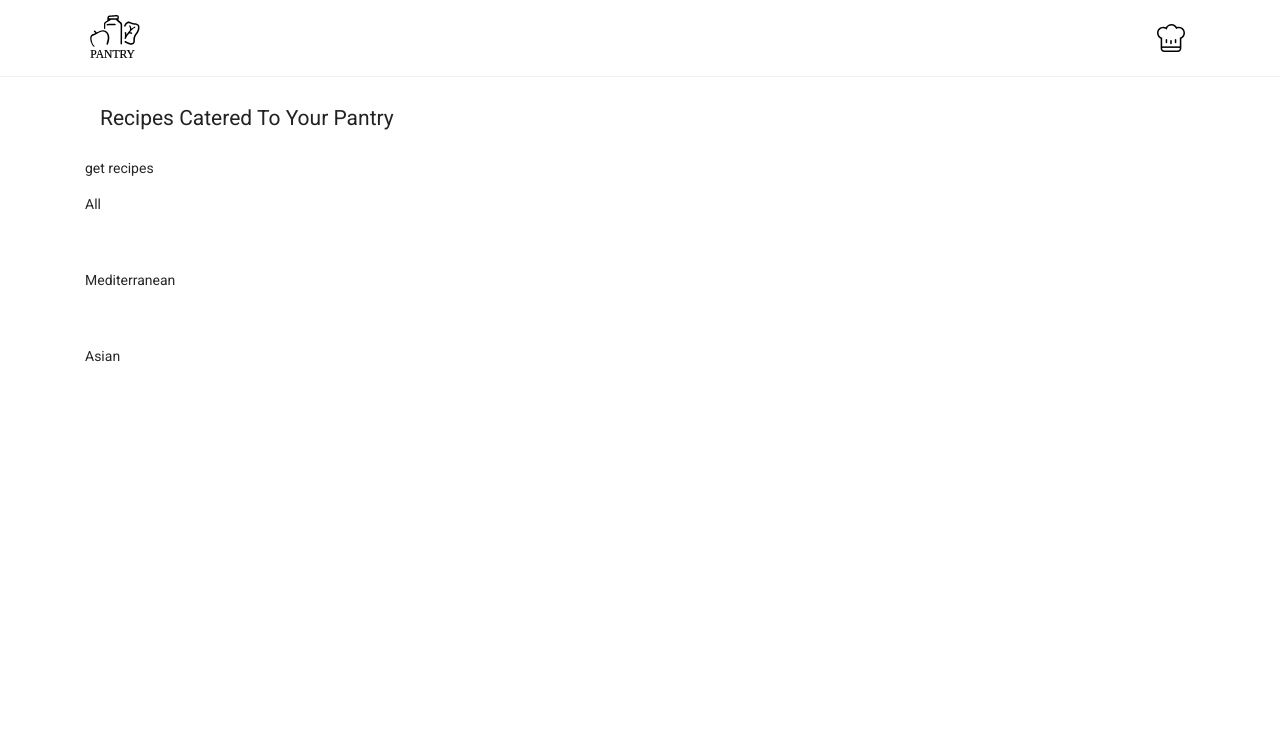
Repository: akinsikuoluwafemi/Pantry-App
Page: /pantryitems/myrecipes
An editor plug-in stored every save of this project. The page is shown before and after a run of saves, followed by the edit.
The browser window is 1280 px wide. The pictures show the whole page.
The project was rebuilt for these pictures with package versions that can differ from the ones it lists, and the page was loaded fresh each time. Also part of the build but not shown: src/styles/NewPantryStyles.js, src/styles/ant-styles.css, src/pages/NewPantryItem.js, src/styles/PantryDetailStyles.js, src/styles/PantryItemStyles.js, src/components/EditPantryDetail.js, src/pages/PantryItemDetail.js, src/styles/PantryListStyles.js and 7 more.

Above is the page before, as saved 2021-06-03 06:39:34.

### public/index.html
<!DOCTYPE html>
<html lang="en">
  <head>
    <meta charset="utf-8" />
    <link rel="icon" href="%PUBLIC_URL%/favicon.svg" />
    <meta name="viewport" content="width=device-width, initial-scale=1" />
    <meta name="theme-color" content="#000000" />
    <meta
      name="description"
      content="Web site created using create-react-app"
    />
    <link rel="apple-touch-icon" href="%PUBLIC_URL%/logo192.png" />
        <link rel="stylesheet" href="https://stackpath.bootstrapcdn.com/bootstrap/4.4.1/css/bootstrap.min.css" integrity="sha384-Vkoo8x4CGsO3+Hhxv8T/Q5PaXtkKtu6ug5TOeNV6gBiFeWPGFN9MuhOf23Q9Ifjh"
      crossorigin="anonymous">

    <!--
      manifest.json provides metadata used when your web app is installed on a
      user's mobile device or desktop. See https://developers.google.com/web/fundamentals/web-app-manifest/
    -->
    <link rel="manifest" href="%PUBLIC_URL%/manifest.json" />
    <!--
      Notice the use of %PUBLIC_URL% in the tags above.
      It will be replaced with the URL of the `public` folder during the build.
      Only files inside the `public` folder can be referenced from the HTML.

      Unlike "/favicon.ico" or "favicon.ico", "%PUBLIC_URL%/favicon.ico" will
      work correctly both with client-side routing and a non-root public URL.
      Learn how to configure a non-root public URL by running `npm run build`.
    -->


    <title>My Pantry</title>
  </head>
  <body>
    <noscript>You need to enable JavaScript to run this app.</noscript>
    <div id="root"></div>
    <!--
      This HTML file is a template.
      If you open it directly in the browser, you will see an empty page.

      You can add webfonts, meta tags, or analytics to this file.
      The build step will place the bundled scripts into the <body> tag.

      To begin the development, run `npm start` or `yarn start`.
      To create a production bundle, use `npm run build` or `yarn build`.
    -->
  </body>
</html>

### src/index.js
import React from 'react';
import ReactDOM from 'react-dom';
import './index.css';
import App from './App';
import reportWebVitals from './reportWebVitals';
import store from './redux/store';
import { persistor } from './redux/store';
import { Provider} from 'react-redux';
import { BrowserRouter as Router } from 'react-router-dom';
import { PersistGate } from 'redux-persist/integration/react';




ReactDOM.render(
	<React.StrictMode>
		<Provider store={store}>
			<Router>
				<PersistGate persistor={persistor}>
					<App />
				</PersistGate>
			</Router>
		</Provider>
	</React.StrictMode>,
	document.getElementById('root')
);

// If you want to start measuring performance in your app, pass a function
// to log results (for example: reportWebVitals(console.log))
// or send to an analytics endpoint. Learn more: https://bit.ly/CRA-vitals
reportWebVitals();

### src/index.css
@import url('https://fonts.googleapis.com/css2?family=Roboto:wght@300;400;900&display=swap');
@import '~antd/dist/antd.css';
@import "~slick-carousel/slick/slick.css";
@import "~slick-carousel/slick/slick-theme.css";



html {
    box-sizing: border-box;
    font-size: 62.5%!important;
}
ul,ol,li {
  margin: 0;
}


body {
  margin: 0;
  font-family: 'Roboto', sans-serif!important;

  -webkit-font-smoothing: antialiased;
  -moz-osx-font-smoothing: grayscale;
}

code {
  font-family: source-code-pro, Menlo, Monaco, Consolas, 'Courier New',
    monospace;
}

### src/App.js
import './index.css';
import { Route, Switch, useLocation } from 'react-router-dom';
import NewPantryItem from './pages/NewPantryItem';
import PantryItemDetail from './pages/PantryItemDetail';
import Layout from './components/Layout';
import { AnimatePresence } from 'framer-motion';
import Home from './pages/Home';
import MyRecipe from './pages/MyRecipe';




function App() {

  const location = useLocation()


  return (
		<AnimatePresence exitBeforeEnter initial={false}>
			<Switch location={location} key={location.pathname}>
				<Layout>
					<Route exact path="/:slug" component={PantryItemDetail} />
					<Route exact path="/" component={Home} />
					<Route path="/pantryitems/new" component={NewPantryItem} />
					<Route path="/pantryitems/myrecipes" component={MyRecipe} />
				</Layout>
			</Switch>
		</AnimatePresence>
  );

}

export default App;

### src/redux/store.js
import { createStore, applyMiddleware } from 'redux';
import logger from 'redux-logger';
import rootReducer from './reducers';
import { persistStore } from 'redux-persist';
import thunk from 'redux-thunk';


const middlewares = [thunk];

if(process.env.NODE_ENV === 'development'){
    middlewares.push(logger);
}




 const store = createStore(rootReducer,applyMiddleware(...middlewares));

export const persistor = persistStore(store)

export default store;

// export default function configureStore(initialState){
//     const composeEnhancers = window.__REDUX_DEVTOOLS_EXTENSION_COMPOSE__ || compose;

//     return createStore(
//     rootReducer,
//         initialState,
//         composeEnhancers()
//     )
// }


// export const persistor = persistStore(configureStore());

### src/components/Layout.js
import React from 'react';
import Navigation from './Navigation';
import { FooterText,FooterWrapper } from '../styles/FooterStyles';
import { AddIcon } from '../assets/Logos/svg/icons';
import Button from '@material-ui/core/Button';
import { MainLayout } from '../styles/LayoutStyles';
import { Link } from 'react-router-dom';
import { Divider } from 'antd';
import { useLocation } from 'react-router-dom';


export default function Layout({children,props}) {
	const {pathname} = useLocation();

	const showAddIcon = () => {
		if (pathname === '/' || pathname === '/:slug') {
			return (
				<Link to="/pantryitems/new">
					<Button style={{ outline: 'none' }}>
						<AddIcon />
					</Button>
				</Link>
			);
		} else {
			return null;
		}
	}

	return (
		<>
			<Navigation />
			<MainLayout className="container">
				{children}
				{showAddIcon()}
			</MainLayout>
			<FooterWrapper>
				<Divider/>
				<FooterText>&copy; Pantry App</FooterText>
			</FooterWrapper>
		</>
	);
}

### src/pages/MyRecipe.js
import React, {useEffect, useCallback} from 'react';
import { HeaderTitle } from '../styles/TextStyles';
import { connect } from 'react-redux';
import { fetchRecipes, fetchAsianRecipes, fetchMedRecipes } from '../redux/actions/recipeActions';
import AllRecipesList from '../components/AllRecipesList';
import AsianRecipeList from '../components/AsianRecipeList';
import MedRecipesList from '../components/MedRecipesList';


 function MyRecipe(props) {


	 const {
			fetchRecipes,
			fetchAsianRecipes,
			fetchMedRecipes,
			itemName,
			allRecipesArr,
			asianRecipesArr,
			medRecipesArr,
		} = props;


	useEffect(() => {

	},[fetchRecipes, itemName])






	 // fetchAsianRecipes(
	//  fetchRecipes(
	// 		`https://api.edamam.com/search?q=${itemName}&app_id=${process.env.REACT_APP_APP_ID}&app_key=${process.env.REACT_APP_APP_KEY}`
	// 	);
			// 	`https://api.edamam.com/search?q=${itemName}&app_id=${process.env.REACT_APP_APP_ID}&app_key=${process.env.REACT_APP_APP_KEY}&cuisineType=asian`
			// );
			// fetchMedRecipes(
			// 	`https://api.edamam.com/search?q=${itemName}&app_id=${process.env.REACT_APP_APP_ID}&app_key=${process.env.REACT_APP_APP_KEY}&cuisineType=mediterranean`
			// );



// 	 console.log(prevItemName, itemName)




	return (
		<div>
			<HeaderTitle large>Recipes Catered to Your Pantry</HeaderTitle>
			<p>get recipes</p>
			<div style={{ marginBottom: '4rem' }}>
				<p>All</p>
				<AllRecipesList allRecipesArr={allRecipesArr} />
			</div>

			<div style={{ marginBottom: '4rem' }}>
				<p>Mediterranean</p>
				<MedRecipesList medRecipesArr={medRecipesArr} />
			</div>

			<div style={{ marginBottom: '4rem' }}>
				<p>Asian</p>
				<AsianRecipeList asianRecipesArr={asianRecipesArr} />
			</div>
		</div>
	);
 }

 const mapStateToProps = ({ pantry: { itemName }, cateredRecipe: { allRecipesArr, asianRecipesArr, medRecipesArr } }) => {
		// console.log(allRecipesArr);

		return {
			itemName,
			allRecipesArr,
			medRecipesArr,
			asianRecipesArr,
		};
 };

export default connect(mapStateToProps, { fetchRecipes, fetchAsianRecipes, fetchMedRecipes })(MyRecipe);

### src/redux/reducers/index.js
import { combineReducers } from 'redux';
import pantry from './pantryReducer';
import cateredRecipe from './recipeReducer';
import { persistReducer } from 'redux-persist';
import storage from 'redux-persist/lib/storage';



const persistConfig = {
    key: 'root',
    storage,
    whitelist: ['pantry']
}

const rootReducer = combineReducers({
	pantry,
	cateredRecipe,
});

export default persistReducer(persistConfig, rootReducer)

### src/styles/TextStyles.js
import styled from 'styled-components';

export const HeaderTitle = styled.h3`
    color: #222;
    padding: 1.5rem;
    margin-top: 8rem;
    text-transform: capitalize;

    ${({ large }) => large &&
        `
            font-size: 2.1rem;
        `
    };



    ${({ medium }) => medium &&
        `
            font-size: 1.4rem;
        `
    };



`;

### src/redux/actions/pantryActions.js
import pantryTypes from '../types';



export const createPantryItem = (food) => {
    return {
        type: pantryTypes.CREATE_PANTRY_ITEM,
        payload: food
    }
}

export const removePantryItem = (food) => {
    return {
        type: pantryTypes.REMOVE_PANTRY_ITEM,
        payload: food
	};
}

export const editPantryItem = (food) => {
    return {
        type: pantryTypes.EDIT_PANTRY_ITEM,
        payload: food
	};
}


export const setQueryField = (text) => {
    return {
        type: pantryTypes.SET_QUERY,
        payload: text
    }
}

export const setItemName = (text) => {
    return {
        type: pantryTypes.SET_ITEM_NAME,
        payload: text
    }
}

export const filteredPantryChip = (category) => {
    return {
        type: pantryTypes.FILTER_PANTRY_CHIP,
        payload: category
    }
}

export const getSinglePantryDetail = (food) => {
    return {
        type: pantryTypes.GET_PANTRY_DETAIL,
        payload: food
    }
}

### src/redux/actions/recipeActions.js
import pantryTypes from '../types';
import Axios from 'axios';


export const fetchRecipesPending = () => {
    return {
        type: pantryTypes.FETCH_RECIPES_PENDING
    }
}

export  const fetchRecipesSuccess = (recipes) => {
    return {
		type: pantryTypes.FETCH_ALL_RECIPES_SUCCESS,
		payload: recipes,
	};
}

export const fetchAsianRecipesSuccess = (recipes) => {
    return {
        type: pantryTypes.FETCH_ASIAN_RECIPES_SUCCESS,
        payload: recipes
    }
}

export const fetchMedRecipesSuccess = (recipes) => {
    return {
		type: pantryTypes.FETCH_MED_RECIPES_SUCCESS,
		payload: recipes,
	};
}

export  const fetchRecipesError = (error) => {
    return {
		type: pantryTypes.FETCH_RECIPES_ERROR,
		error: error,
	};
}

export const fetchRecipes = (url) => {
    return async dispatch  => {
        try {

            dispatch(fetchRecipesPending());
            const result = await Axios.get(url)
            dispatch(fetchRecipesSuccess(result.data.hits))
        }
        catch(error){
            dispatch(fetchRecipesError(error))
        }


    }
}

export const fetchMedRecipes = (url) => {
	return async (dispatch) => {
		try {
			dispatch(fetchRecipesPending());
			const result = await Axios.get(url);
			dispatch(fetchMedRecipesSuccess(result.data.hits));
		} catch (error) {
			dispatch(fetchRecipesError(error));
		}
	};
};


export const fetchAsianRecipes = (url) => {
	return async (dispatch) => {
		try {
			dispatch(fetchRecipesPending());
			const result = await Axios.get(url);
            dispatch(fetchAsianRecipesSuccess(result.data.hits));
		} catch (error) {
			dispatch(fetchRecipesError(error));
		}
	};
};


export const getRecipeDetail = (recipe) => {
    return {
        type: pantryTypes.GET_RECIPE_DETAIL,
        payload: recipe
    }
}

### src/components/Navigation.js
import React from 'react';
import { Header, Headerlist, HeaderWrapper } from '../styles/Headerstyles';
import { Link, useLocation } from 'react-router-dom';
import {  CheffCap } from '../assets/Logos/svg/icons';
import PantryLogo from '../assets/Logos/blackandwhitelogo.svg';
import './Navigation.css';
import { connect } from 'react-redux';
import { setQueryField } from '../redux/actions/pantryActions';
import { Input, Divider } from 'antd';
import {  SearchOutlined } from '@ant-design/icons';



function Navigation({query, setQueryField}) {

	const { pathname } = useLocation();

	const showSearch = () => {
		if (pathname === '/') {
			return (
				// <form onSubmit={handleSubmit} id="demo-2" style={{ outline: 'none', marginRight: '1rem' }}>
				// 	<input type="search" placeholder="Search Pantry" value={query} onChange={handleChange} />
				// </form>
				<span style={{ marginRight: '1rem' }}>
					<Input
						style={{ borderRadius: '20px' }}
						placeholder="Search Pantry"
						suffix={<SearchOutlined style={{ color: '#222', fontSize: '2.3rem' }} />}
						value={query}
						onChange={handleChange}
					/>
				</span>
			);
		} else {
			return null;
		}
	};


    // const handleSubmit = (e) => {
    //     e.preventDefault()
    // }

    const handleChange = (e) => {
        setQueryField(e.target.value)
    }



    return (
		<>
			<Header>
				<HeaderWrapper className="container header-wrapper">
					<Link to="/" className="mr-auto">
						<img style={{ height: '6rem' }} src={PantryLogo} alt="app-logo" />
					</Link>
					<Headerlist>
						{showSearch()}


						<Link to="/pantryitems/myrecipes">
							<CheffCap alt="pantry-items" />
						</Link>
						{/* <Link to="/pantryitems">PantryItems</Link> */}
						{/* <Link to="/pantryitems/3">Pantry details</Link> */}
						{/* <Link to="/new">new Items</Link> */}
					</Headerlist>
				</HeaderWrapper>
			</Header>
			<Divider />
		</>
	);
}

const mapStateToProps = ({pantry: {query}}) => {
    return {
        query
    }
}


export default connect(mapStateToProps, {setQueryField})(Navigation);

### src/styles/FooterStyles.js
import styled from 'styled-components';

export const FooterWrapper = styled.footer`
	margin: auto;
	padding: 1.2rem 0 0.2rem 0;
    margin-top: 0rem;
    position: sicky;
	display:none;

`;

export const FooterText = styled.p`
	color: #f06241;
	font-size: 2rem;
	text-align: center !important;

`;

### src/styles/LayoutStyles.js
import styled from 'styled-components';


// export const MainLayout = styled.main`
// 	position: relative;

// 	& > a {
// 		position: absolute;
// 		bottom: 4%;
// 		left: 75%;

// 		@media (min-width: 500px) {
// 			left: 84%;
// 		}
// 	}
// `;

export const MainLayout = styled.main`
	padding-bottom: 3rem;
	& > a {
			position: fixed;
			width: 6rem;
			height: 6rem;
			bottom: 2rem;
			right: 4rem;
			// background-color: #25d366;
			color: #fff;
			border-radius: 50rem;
			text-align: center;
			font-size: 30px;
			// box-shadow: 2px 2px 3px #999;
			z-index: 100;


		}


	}
`;

### src/components/AllRecipesList.js
import React from 'react';
import AllRecipesItem from './AllRecipesItem';
import Slider from 'react-slick';
import '../styles/slick.css';

export default function AllRecipesList(props) {
	const { allRecipesArr } = props;

    const settings = {
		dots: false,
		infinite: false,
		speed: 500,
		slidesToShow: 3,
		slidesToScroll: 3,
	};


    return (
		<div >
			<Slider {...settings}>
					{allRecipesArr.map((item) => (
						<AllRecipesItem item={item} />
					))}
			</Slider>
		</div>
	);
}

### src/components/AsianRecipeList.js
import React from 'react';
import Slider from 'react-slick';
import '../styles/slick.css';
import AllRecipesItem from './AllRecipesItem';


export default function AsianRecipeList(props) {

    const { asianRecipesArr } = props;

    const settings = {
		dots: false,
		infinite: false,
		speed: 500,
		slidesToShow: 3,
		slidesToScroll: 3,
	};

    return (
		<div>
			<Slider {...settings}>
				{asianRecipesArr.map((item) => (
					<AllRecipesItem item={item} />
				))}
			</Slider>
		</div>
	);
}

### src/components/MedRecipesList.js
import React from 'react';
import Slider from 'react-slick';
import '../styles/slick.css';
import MedRecipeItem from './MedRecipeItem';

export default function AsianRecipeList(props) {

    const { medRecipesArr } = props;

	const settings = {
		dots: false,
		infinite: false,
		speed: 500,
		slidesToShow: 3,
		slidesToScroll: 3,
	};

	return (
		<div>
			<Slider {...settings}>
				{medRecipesArr.map((item) => (
					<MedRecipeItem item={item} />
				))}
			</Slider>
		</div>
	);
}

### src/redux/reducers/pantryReducer.js
import {  pantryArr, categoryArr} from '../../data';
import pantryTypes from '../types';

const INITIAL_STATE = {
	query: '',
	itemName: '',
	pantryArr,
	pantryArrCopy: pantryArr,
	categoryArr,
	pantryDetail: [
		{
			id: 1,
			category: 'meat and poultry',
			name: 'whole chicken',
			createdAt: '01-02-2021',
			expiry: '21-03-2021',
			weight: 5,
			quantity: 2,
			imageSrc:
				'https://bloximages.newyork1.vip.townnews.com/newspressnow.com/content/tncms/assets/v3/editorial/f/df/fdf4f1fc-3a34-11ea-8bf2-231012c771c1/5e237114db416.image.jpg?resize=1200%2C792',
			notes: 'Lorem ipsum dolor sit amet, consectetur adipiscing elit Iaculis enim, velit turpis eget. Fames erat mollis et, aliquam, pulvinar',
		},
	]

};


const pantryReducer = (state=INITIAL_STATE , action) => {
    switch(action.type){
        case pantryTypes.CREATE_PANTRY_ITEM:
			return {
				...state,
				pantryArrCopy: [action.payload, ...state.pantryArrCopy],
			};
		case pantryTypes.REMOVE_PANTRY_ITEM:
			return {
				...state,
				pantryArrCopy: state.pantryArrCopy.filter(item => item.id !== action.payload.id)
			}
		case pantryTypes.EDIT_PANTRY_ITEM:
			return {
				...state,
				pantryArrCopy: state.pantryArrCopy.map(item => item.id === action.payload.id ? action.payload  : item)
			}

        case pantryTypes.SET_QUERY:
			return { ...state, query: action.payload }

		case pantryTypes.SET_ITEM_NAME:
			return { ...state, itemName: action.payload }


        case pantryTypes.FILTER_PANTRY_CHIP:
            if(action.payload.target.value === 'All'){
                return { ...state, pantryArrCopy: state.pantryArr };
            }else {
                return { ...state, pantryArrCopy: state.pantryArr.filter(item => item.category === action.payload.target.value) };
            }
        case pantryTypes.GET_PANTRY_DETAIL:
            return { ...state, pantryDetail: action.payload};
        default:
            return state;
    }
}

export default pantryReducer;

### src/redux/reducers/recipeReducer.js
import pantryTypes from '../types';


const INITIAL_STATE = {
    asianRecipesArr: [],
    medRecipesArr: [],
    allRecipesArr: [],
    favRecipesArr: [],
    cateredRecipesDetail: [],
    pending: true,
    error: null
};

const recipeReducer = (state=INITIAL_STATE, action) => {
    switch (action.type) {
		case pantryTypes.FETCH_RECIPES_PENDING:
			return {
				...state,
				pending: true,
			};
		case pantryTypes.FETCH_ALL_RECIPES_SUCCESS:
			return {
				...state,
				pending: false,
				allRecipesArr: action.payload,
			};
		case pantryTypes.FETCH_ASIAN_RECIPES_SUCCESS:
			return {
				...state,
				pending: false,
				asianRecipesArr: action.payload
			}

		case pantryTypes.FETCH_MED_RECIPES_SUCCESS:
			return {
				...state,
				pending: false,
				medRecipesArr: action.payload,
			};

		case pantryTypes.FETCH_ASIAN_RECIPES_SUCCESS:
			return {
				...state,
				pending: false,
				asianRecipesArr: action.payload,
			};
		case pantryTypes.GET_RECIPE_DETAIL:
			return {
				...state,
				cateredRecipesDetail: action.payload,
			};

		default:
			return state;
	}
}

export default recipeReducer;

### src/redux/types.js
const pantryTypes = {
	CREATE_PANTRY_ITEM: 'CREATE_PANTRY_ITEM',
	REMOVE_PANTRY_ITEM: 'REMOVE_PANTRY_ITEM',
	EDIT_PANTRY_ITEM: 'EDIT_PANTRY_ITEM',
	SET_QUERY: 'SET_QUERY',
	SET_ITEM_NAME: 'SET_ITEM_NAME',
	FILTER_PANTRY_CHIP: 'FILTER_PANTRY_CHIP',
	GET_PANTRY_DETAIL: 'GET_PANTRY_DETAIL',
	GET_RECIPE_DETAIL: 'GET_RECIPE_DETAIL',
	FETCH_RECIPES_PENDING: 'FETCH_RECIPES_PENDING',
	FETCH_ALL_RECIPES_SUCCESS: 'FETCH_ALL_RECIPES_SUCCESS',
	FETCH_MED_RECIPES_SUCCESS: 'FETCH_MED_RECIPES_SUCCESS',
	FETCH_ASIAN_RECIPES_SUCCESS: 'FETCH_ASIAN_RECIPES_SUCCESS',
	FETCH_RECIPES_ERROR: 'FETCH_RECIPES_ERROR',
};

export default pantryTypes

### src/styles/Headerstyles.js
import styled from 'styled-components';

export const Header = styled.div`
	background: #fff;
	padding: 0.8rem 0;
	overflow: hidden;
	position: fixed; /* Set the navbar to fixed position */
	top: 0; /* Position the navbar at the top of the page */
	width: 100%; /* Full width */
	border-bottom: 1px solid #f0f0f0;
	z-index: 10000;

	.header-wrapper {
		display: flex;
		align-items: center;
		align-content: center;
	}
`;

export const Headerlist = styled.ul`
    display: flex;
    align-items: center;
    margin-right: 1rem;
    font-size: 'initial';
    // background: red;



    & > input {
        font-size: 3rem!important;
    }
`

export const HeaderWrapper = styled.nav`
	display: grid;
	align-items: center;
	// grid-template-columns: 3fr 1fr;

`;

### src/components/Navigation.css

a {
	color: #69C;
	text-decoration: none;
}


.ant-divider-horizontal {
    margin: 1rem 0;
}


input {
	outline: none;
}
input[type=search] {
	-webkit-appearance: textfield;
	box-sizing: content-box;
	-webkit-box-sizing: content-box;
	font-family: inherit;
	font-size: 100%;
}
input::-webkit-search-decoration,
input::-webkit-search-cancel-button {
	display: none;
}


input[type=search] {
	background: #ededed url('../assets/Logos/searchIcon.svg') no-repeat 9px center;
	border: solid 1px #ccc;
	padding: 9px 10px 9px 32px;
	width: 55px;

	-webkit-border-radius: 10em;
	-moz-border-radius: 10em;
	border-radius: 10em;

	-webkit-transition: all .5s;
	-moz-transition: all .5s;
	transition: all .5s;
}
input[type=search]:focus {
	width: 130px;
	background-color: #fff;
	border-color: #777;

	-webkit-box-shadow: 0 0 5px rgba(109,207,246,.5);
	-moz-box-shadow: 0 0 5px rgba(109,207,246,.5);
	box-shadow: 0 0 5px rgba(109,207,246,.5);
}





input:-moz-placeholder {
	color: #999;
}
input::-webkit-input-placeholder {
	color: #999;
}

/* Demo 2 */
#demo-2 input[type=search] {
	width: 31px;
    height: 31px;
	padding-left: 7px;
	color: transparent;
	cursor: pointer;
}
#demo-2 input[type=search]:hover {
	background-color: #fff;
}

@media(max-width: 425px){
	#demo-2 input[type=search]:focus {
		width: 110px;
		/* padding-left: 32px; */
		color: #000;
		background-color: #fff;
		cursor: auto;
		text-indent: 2.8rem;
		font-size: 1.7rem;
		z-index: 10000;

	}
}

@media(min-width: 425px){
	#demo-2 input[type=search]:focus {
		width: 120px;
		/* padding-left: 32px; */
		color: #000;
		background-color: #fff;
		cursor: auto;
		text-indent: 2.8rem;
		font-size: 1.7rem;
		z-index: 10000;

	}
}

#demo-2 input:-moz-placeholder {
	color: transparent;
}
#demo-2 input::-webkit-input-placeholder {
	color: transparent;

}


.ant-input-affix-wrapper {
	/* width: 5rem!important; */
	height: 4.5rem;

}


/*
.ant-input-affix-wrapper-focused {
	width: 15rem!important;
} */

Loaded but not shown: src/reportWebVitals.js (common file); src/data.js (620 lines, source omitted); src/assets/Logos/svg/icons.js (62 lines, source omitted)

After the next 3 saves:
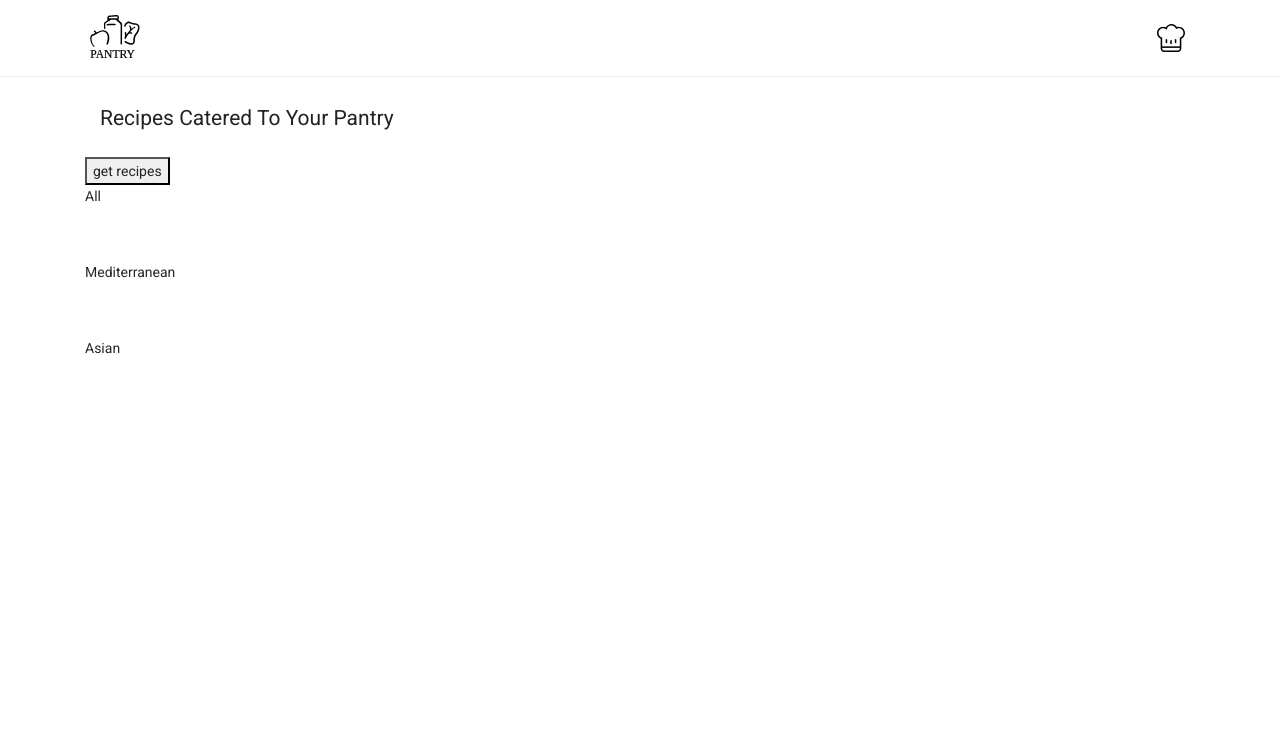
The 3 saves are shown as one change because 1 did not build or start and some came seconds apart.
The last was saved 16 s later.
--- a/src/pages/MyRecipe.js
+++ b/src/pages/MyRecipe.js
@@ -50,7 +50,7 @@ import MedRecipesList from '../components/MedRecipesList';
 	return (
 		<div>
 			<HeaderTitle large>Recipes Catered to Your Pantry</HeaderTitle>
-			<p>get recipes</p>
+			<button>get recipes</button>
 			<div style={{ marginBottom: '4rem' }}>
 				<p>All</p>
 				<AllRecipesList allRecipesArr={allRecipesArr} />
